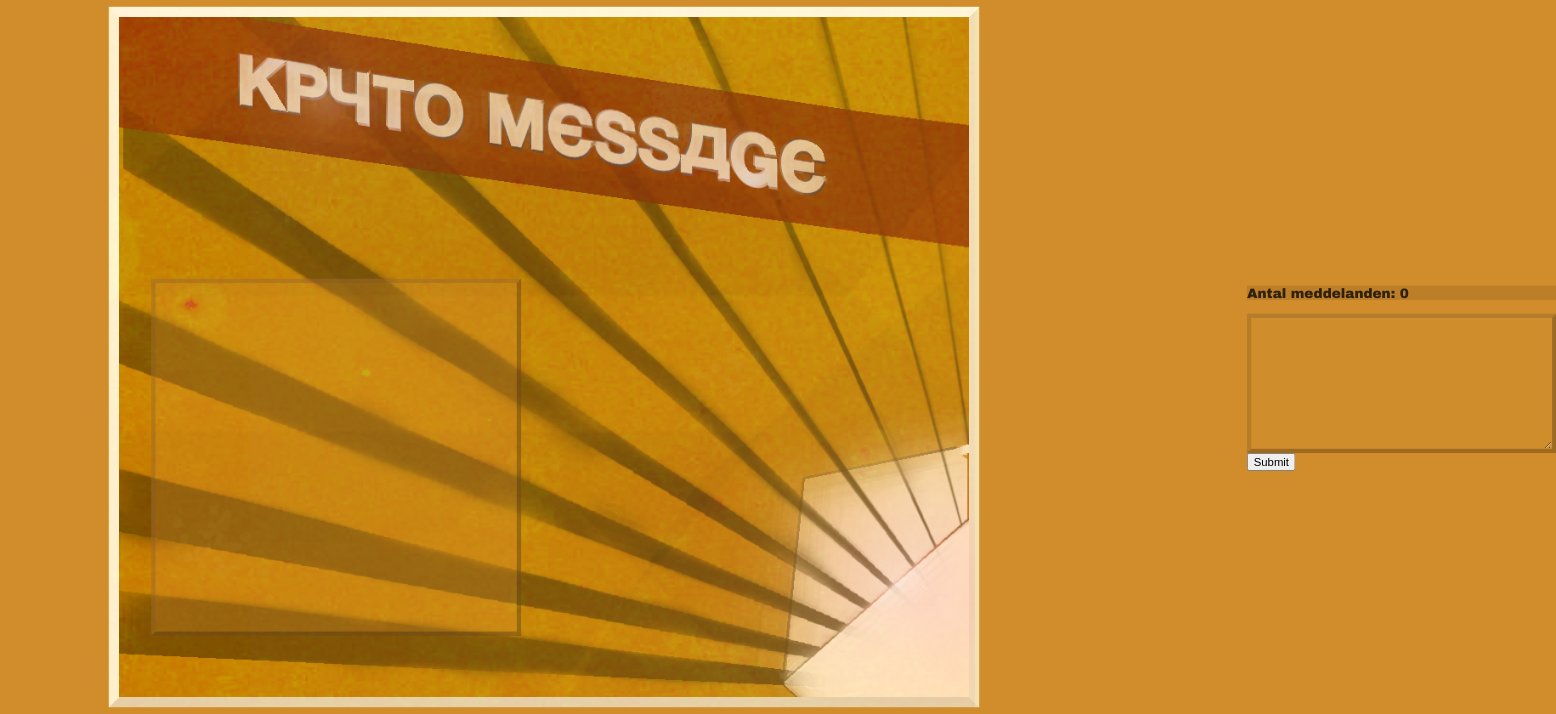
Repository: sk222sw/1dv403-laborationer
Page: 2-labbymezzage/index.html
The author's editor kept a record of every edit. The page is drawn from the files as they stood at one moment, then again after the next edit.
The browser window is 1280 px wide. The page is 1831 px wide, then 1280 px, so the pictures cover 1831 px, including what lies to the right of the window. The pictures show the whole page, at 85% of full size.

Above is the page before.

### 2-labbymezzage/index.html
<!DOCTYPE html>
<html lang="sv">
<head>
    <meta charset="utf-8" />
    <title>Labby Message</title>

    <link rel="stylesheet" href="css/css.css" />

    <!--<link href='http://fonts.googleapis.com/css?family=Rock+Salt' rel='stylesheet' type='text/css'>-->

</head>
    <body>
        <div id="container">
            <header>

            </header>

            <main>
                <section id="mainsection">
                                   <div id="filler1"></div>
                    <section id="msgSection">

                            <!--<div id="timeButton"></div>-->
                            <!--<div id="deleteButton"></div>-->
                            <!--<p class="time">14:30:30</p>                            -->



                    </section>

                    <section id="newTextSection">
                        <p id="messageCount">Antal meddelanden: 0</p>
                        <form>
                            <textarea id="textarea"></textarea>
                            <!--<input type="text" id="textarea" name="textarea" placeholder="Skriv ditt meddelande">-->
                            <input type="submit" value="Submit" id="submit" />
                        </form>
                    </section>
                </section>
            </main>


            <script type="text/javascript" src="script/MessageBoard.js"></script>
            <script type="text/javascript" src="script/message.js"></script>
        </div>
    </body>
</html>

### 2-labbymezzage/css/css.css
body {
    background-color: rgba(209, 141, 44, 1);
}

main {
    background-image: url("../pics/kpytobredare.png");
    width: 1024px;
    height: 824px;
    margin-left: auto;
    margin-right: auto;
}

#filler1 {
    position: relative;
    display: block;
    height: 270px;
    width: 200px;

}

#msgSection {
    position: relative;
    display: inline-block;
    height: 410px;
    width: 425px;
    border: outset rgba(125, 87, 46, 0.3) 5px;
    /*left: 250px;*/
    /*bottom: 55px;*/

    margin: 50px;

    background-color: rgba(209, 141, 44, 0.3);
    overflow: auto;

}

#newTextSection {
    position: relative;
    display: inline-block;

    bottom: 250px;
    left: 800px;
}

#textarea {
    height: 150px;
    width: 350px;
    display: block;
    background-color: rgba(209, 141, 44, 0.7);
    border: outset rgba(125, 87, 46, 0.3) 5px;
    color: rgba(42, 22, 0, 0.9);
}


/*http://css-tricks.com/snippets/css/style-placeholder-text/*/
::-webkit-input-placeholder {
   color: rgba(42, 22, 0, 0.9);;
}
:-moz-placeholder { /* Firefox 18- */
   color: rgba(42, 22, 0, 0.9);;
}
::-moz-placeholder {  /* Firefox 19+ */
   color: rgba(42, 22, 0, 0.9);;
}
:-ms-input-placeholder {
   color: rgba(42, 22, 0, 0.9);;
}


.time {
    text-align: right;
    font-size: 10px;
}


#timeButton {
	background: url('../pics/222.png') no-repeat -1px -17px;
	opacity: 0.7;
	width: 13px;
	height: 13px;
    float: right;
    margin-right: 1px;
}

#deleteButton {
	background: url('../pics/222.png') no-repeat -2px -2px;
	width: 13px;
	height: 13px;
	float:right;
}


.messageDiv {
    width: 350px;
    height: auto;
    background-color: rgba(42, 22, 0, 0.2);
    position: relative;
    right: -30px;
    top: 10px;
    font-family: "Arial black";
    padding: 10px;
    margin-top: 5px;
    color: rgba(0, 0, 0, 0.75);
}

/*http://stackoverflow.com/questions/7725652/css-scrollbar-style-cross-browser*/
::-webkit-scrollbar
{
  width: 12px;  /* for vertical scrollbars */
  height: 12px; /* for horizontal scrollbars */
}

::-webkit-scrollbar-track
{
  background: rgba(0, 0, 0, 0.1);
}

::-webkit-scrollbar-thumb
{
  background: rgba(0, 0, 0, 0.5);
}

#buttons {
    padding: 3px;
    padding-bottom: 1px;
    border-right: solid #0004FF 2px;
    border-top: solid #0004FF 2px;
    border-bottom: solid #0004FF 2px;
    float: right;
    margin-top: 5px;
}

#messageCounter {
    text-align: right;
}

/*antal meddelanden: x*/
#messageCount {
    color: rgba(0, 0, 0, 0.75);
    font-family: "Arial Black";
    background: rgba(0, 0, 0, 0.1);
}


.msgText {
    padding-left: 5px;
}

#textarea {

}

.buttonDiv{
    position: relative;
    display: inline-block;

}

.smallText {
    font-size: 12px;
    font-family: serif;
    text-align: right;
}

### 2-labbymezzage/script/MessageBoard.js
"use strict";

    var MessageBoard = {
        messages: [],


        submit: document.getElementById("submit"),
        textarea: document.getElementById("textarea"),
        messageDiv: document.getElementById("msgSection"),



        init:function(){
            // console.log((new Date()).toISOString().slice(0,10).replace(/-/g," "));

                // MessageBoard.textarea.addEventListener("keypress", function(event){
                // if (event.keyCode == 13 && event.shiftKey) {
                //         return false;

                // }
                //          MessageBoard.writeMessages();

                // });


            		MessageBoard.textarea.addEventListener("keypress", function(e){
            			if(!e){ e = window.event; }

            			if(e.keyCode == 13 && !e.shiftKey){
            				e.preventDefault();
                            MessageBoard.writeMessages();
            			}
            		});

            document.getElementById("submit").onclick = MessageBoard.createMessage;

                // MessageBoard.textarea.onkeydown = function(event) {

                //     if (event.keyCode == 13 && !event.shiftKey) {
                //         alert("shift")
                //     }
                //          MessageBoard.writeMessages();

                // };
        },

                        //         if (event.keyCode == 13 && event.shiftKey) {
                        //  return false;
                        //  }
                        //  else if (event.keyKode == 13){

        createMessage: function (e){
            if (MessageBoard.textarea.value !== "") {
                MessageBoard.messages.push(new Message(MessageBoard.textarea.value, new Date()));
                MessageBoard.writeMessages(MessageBoard.messages);
            }
            else {
                MessageBoard.textarea.placeholder = "Var god skriv ett meddelande.";
            }
            return false; // för att förhindra att sidan defaultladdas om
        },

        writeThisMessage: function(thisMess){
            // var deleteButton = document.createElement("div");
            // var timeButton = document.createElement("div");

            var div = document.createElement("div");
            var mess = document.getElementById("mainsection");
            var pTime = document.createElement("p");
            var buttonDiv = document.createElement("div");
            var deleteA = document.createElement("a");
            var timeA = document.createElement("a");

            buttonDiv.setAttribute("class", "buttonDiv");
            deleteA.setAttribute("id", "deleteButton");
            deleteA.setAttribute("href", "#");
            timeA.setAttribute("id", "timeButton");
            timeA.setAttribute("href", "#");
            timeA.setAttribute("tabindex", "3"); //för att få tab-index i rätt ordning.

            var messageDiv = document.getElementById("msgSection");

            pTime.className = "smallText";
            div.className = "messageDiv";

            //hittat på http://stackoverflow.com/questions/6312993/javascript-seconds-to-time-string-with-format-hhmmss
            var timeString = MessageBoard.messages[thisMess].getDate().toTimeString().replace(/.*(\d{2}:\d{2}:\d{2}).*/, "$1");

            div.innerHTML = MessageBoard.messages[thisMess].getText();
            pTime.innerHTML = timeString;

            messageDiv.appendChild(div);
            div.appendChild(buttonDiv);
            buttonDiv.appendChild(deleteA);
            buttonDiv.appendChild(timeA);
            buttonDiv.appendChild(pTime);

                MessageBoard.textarea.placeholder = "Skriv här";
                MessageBoard.textarea.value = "";   //Tar bort den inskrivna texten från textarea

            deleteA.onclick = function(){
                if(confirm("Vill du ta bort?")) {
                    MessageBoard.deleteMessage(thisMess);
                }
            };

            timeA.onclick = function(){
                alert(MessageBoard.messages[thisMess].toString());
                return false;
            }
        },

        writeMessages: function (message) {

            MessageBoard.messageDiv.innerHTML = "";  //Raderar alla meddelanden innan loopen skriver ut dem igen
            for (var i = 0; i < MessageBoard.messages.length; i++) {
                MessageBoard.writeThisMessage(i);
            }
                var count = MessageBoard.messageCounter();

                var messages = document.getElementById("messageCount");
                messages.innerHTML = "Antal meddelanden: " + count;
                return false;
        },

        messageCounter: function(e) {
            return MessageBoard.messages.length;
        },

        deleteMessage: function(thisMess){
            MessageBoard.messages.splice(thisMess, 1);
            MessageBoard.writeMessages();
            return false;
        }



    };



window.onload = MessageBoard.init;

### 2-labbymezzage/script/message.js
"use strict";

function Message (message, date) {

    this.getText = function() {
        return message;
    },

    this.setText = function(_text) {
        message = _text;
    };

    this.getDate = function() {
        return date;
    };

    this.setDate = function(_date) {
        date = _date;
    };

}

Message.prototype.toString = function() {
    var date = this.getDate();

    var monthNames = [ "januari", "februari", "mars", "april", "maj", "juni",
        "juli", "augusti", "september", "oktober", "november", "december" ];

    var day = date.getDate();
    var month = monthNames[date.getMonth()];
    var year = date.getFullYear();
    var hour = date.getHours();
    var minute = date.getMinutes();
    var second = date.getSeconds();

    var time = this.getDate().toTimeString().replace(/.*(\d{2}:\d{2}:\d{2}).*/, "$1");

    return "Meddelandet skapades den " + day + " " + month + " " + year + " klockan " + time + ".";
};

Message.prototype.getHTMLText = function() {
    return Message.getText;
};

Message.prototype.getDateText = function() {
    return Message.getDate;
};

After the next edit:
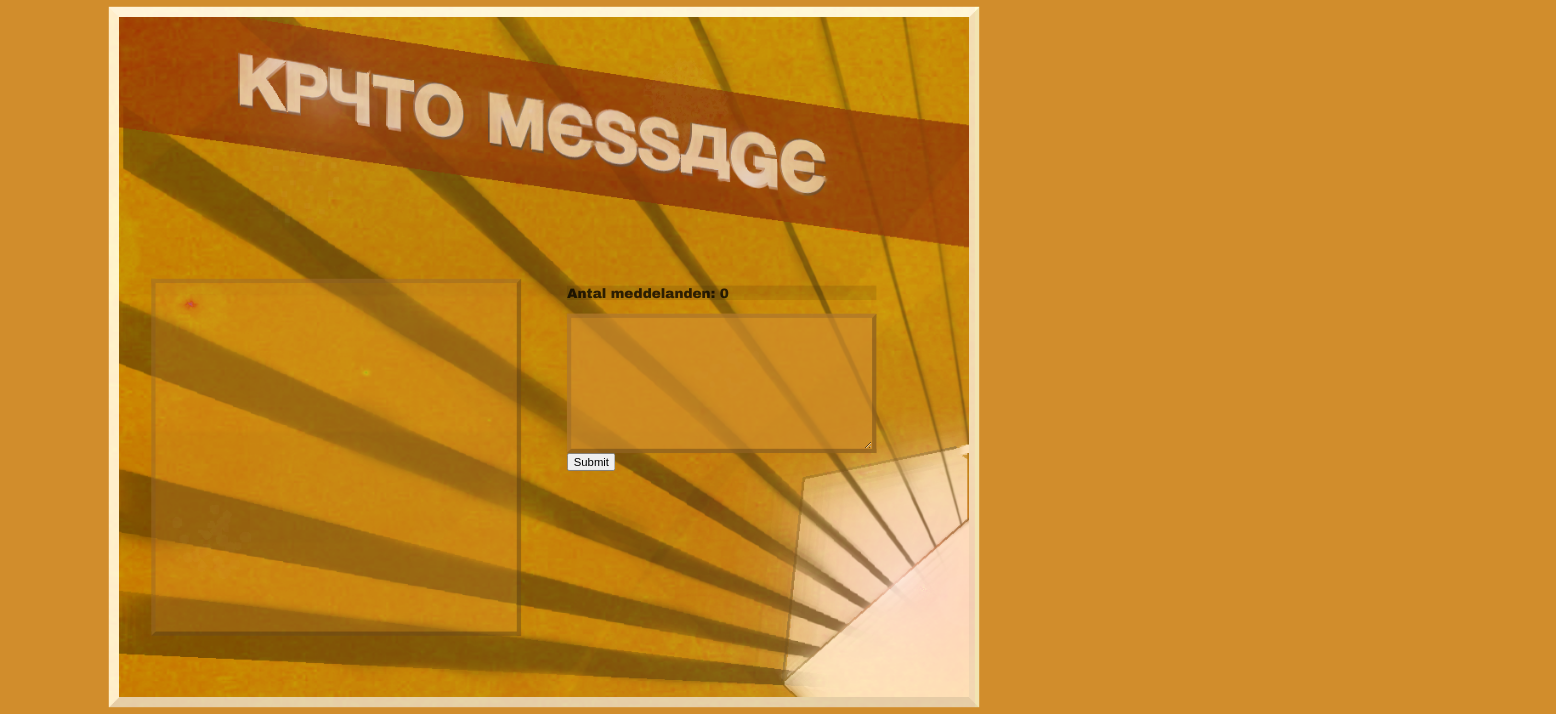
The edit:
--- a/2-labbymezzage/css/css.css
+++ b/2-labbymezzage/css/css.css
@@ -39,7 +39,6 @@
     display: inline-block;
 
     bottom: 250px;
-    left: 800px;
 }
 
 #textarea {
